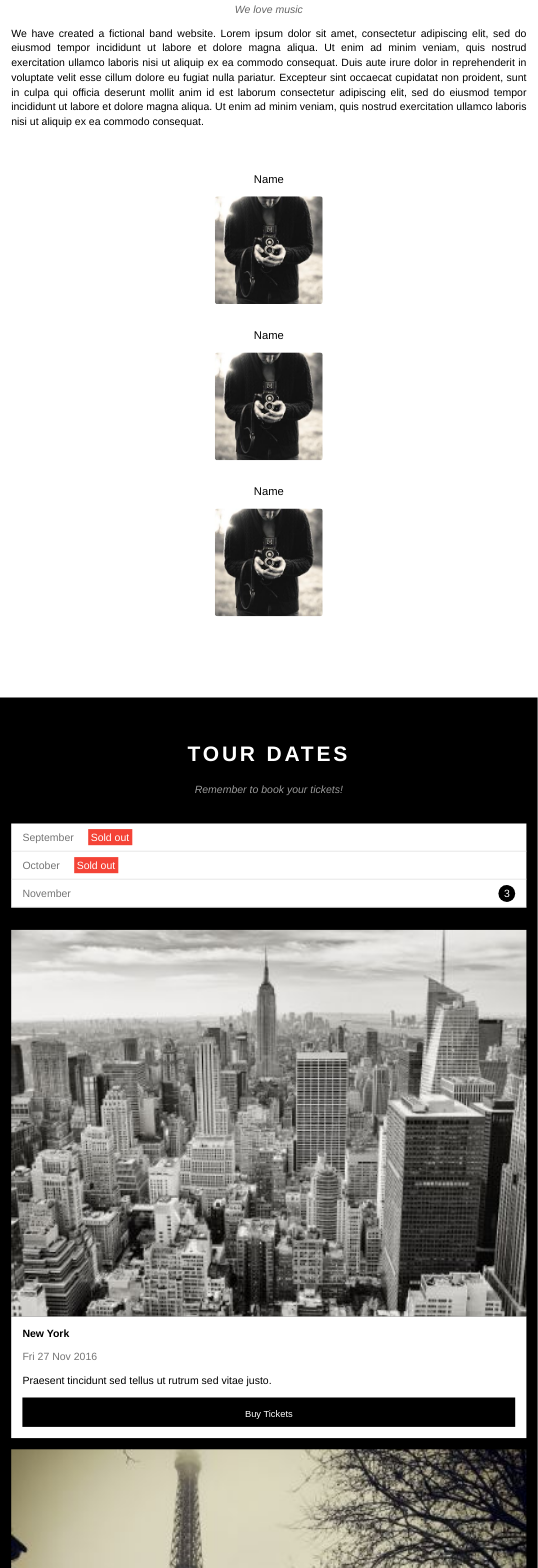
Repository: phongngotrong/w3school_reup
Page: index.html
An editor plug-in stored every save of this project. The page is shown before and after the next save, followed by the edit.
The browser window is 768 px wide. The pictures show the part of the page from y = 549 to 2789 px (the page is 5377 px tall before and 2974 px after), at 70% of full size.

Above is the page before, as saved 2022-02-15 23:09:35.

After the next save:
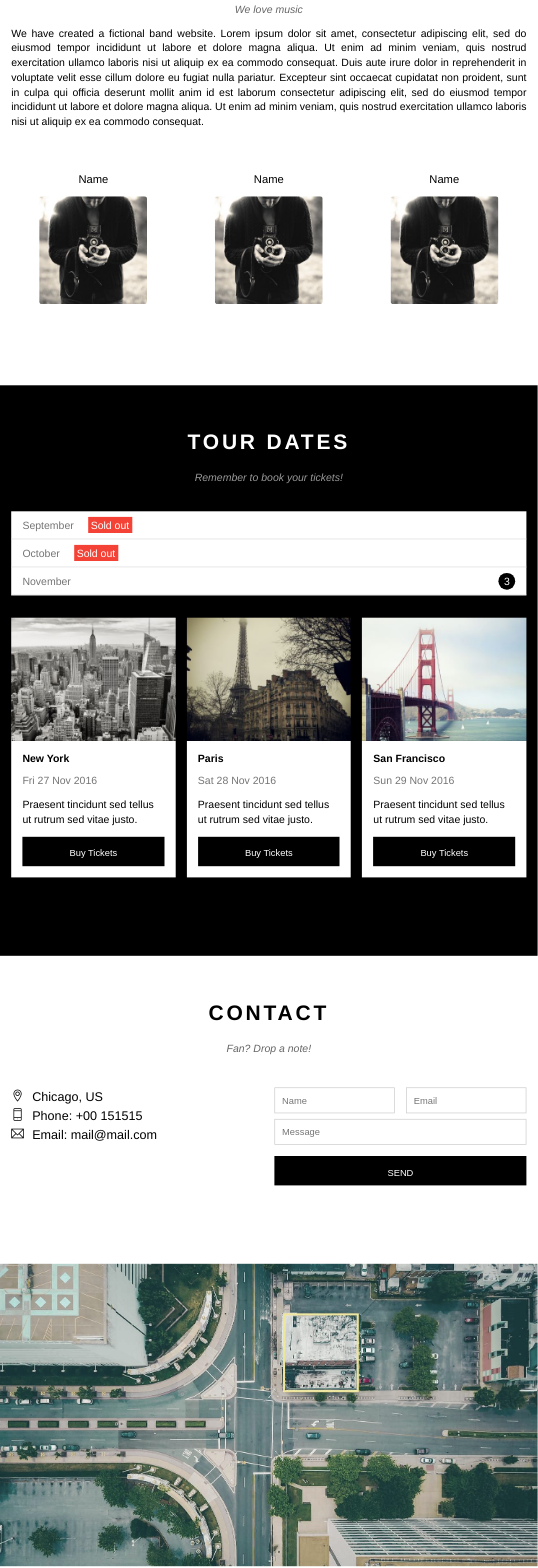
Saved 21 s later.
--- a/assets/css/responsive.css
+++ b/assets/css/responsive.css
@@ -8,8 +8,7 @@
 
 /* Tablet && Mobile */
 @media only screen and (max-width: 63.9375em) {
-  .s-full-width,
-  .s-col-full {
+  .s-full-width {
     width: 100% !important;
   }
 }
